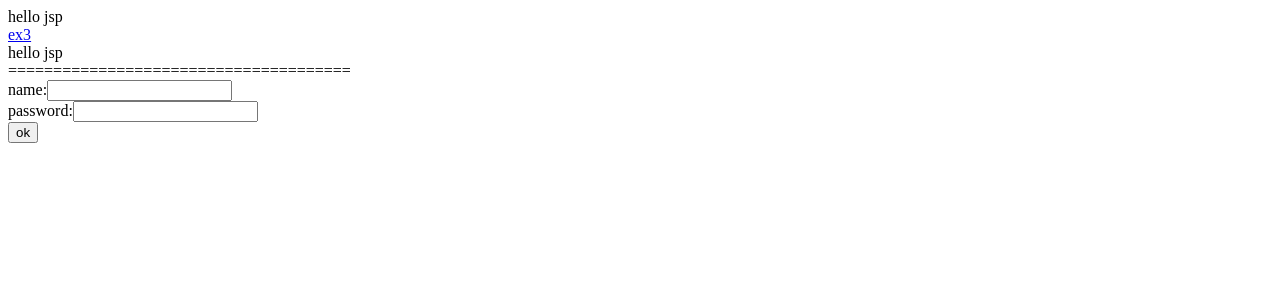
Repository: jtlai0921/javaweb1108
Page: http://localhost/javawebex/jspEx/ex2.jsp
These files come from the project's save history. The page is drawn as it stood at one moment and after the next save; the edit follows.
The browser window is 1280 px wide. The pictures show the whole page.
The page is served by Tomcat 9. Other server files are loaded and not shown.

Above is the page before, as saved 2020-11-22 03:41:56.

### javawebex/WebContent/jspEx/ex2.jsp
<%@ page language="java" contentType="text/html; charset=BIG5"
    pageEncoding="BIG5"%>
<!DOCTYPE html>
<html>
<head>
<meta charset="BIG5">
<title>Insert title here</title>
</head>
<body>
<!-- test -->
<%
/*
*/
//
out.print("hello jsp");




%>
<br>
<a href="ex3.jsp" target=_blank>ex3</a><br>
<!-- test -->
<%
/*
*/
//
out.print("hello jsp");
%>

<br>
======================================
<form action="ex3.jsp" method="post">
name:<input type="text" name="name"><br>
password:<input type="password" name="password"><br>
<input type="submit" value="ok">
</form>
</body>
</html>

After the next save:
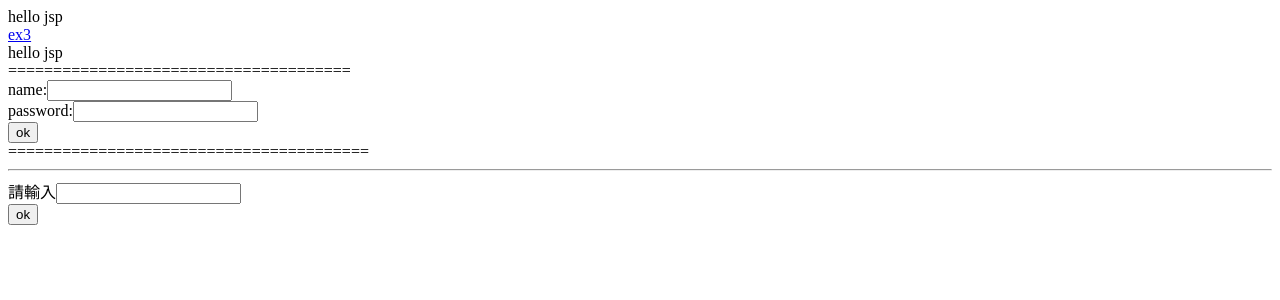
Saved 50 s later.
--- a/javawebex/WebContent/jspEx/ex2.jsp
+++ b/javawebex/WebContent/jspEx/ex2.jsp
@@ -35,5 +35,11 @@ name:<input type="text" name="name"><br>
 password:<input type="password" name="password"><br>
 <input type="submit" value="ok">
 </form>
+========================================
+<hr>
+<form action="ex4.jsp" method="post">
+請輸入<input type="text" name="test"><br>
+<input type="submit" value="ok">
+</form>
 </body>
 </html>
